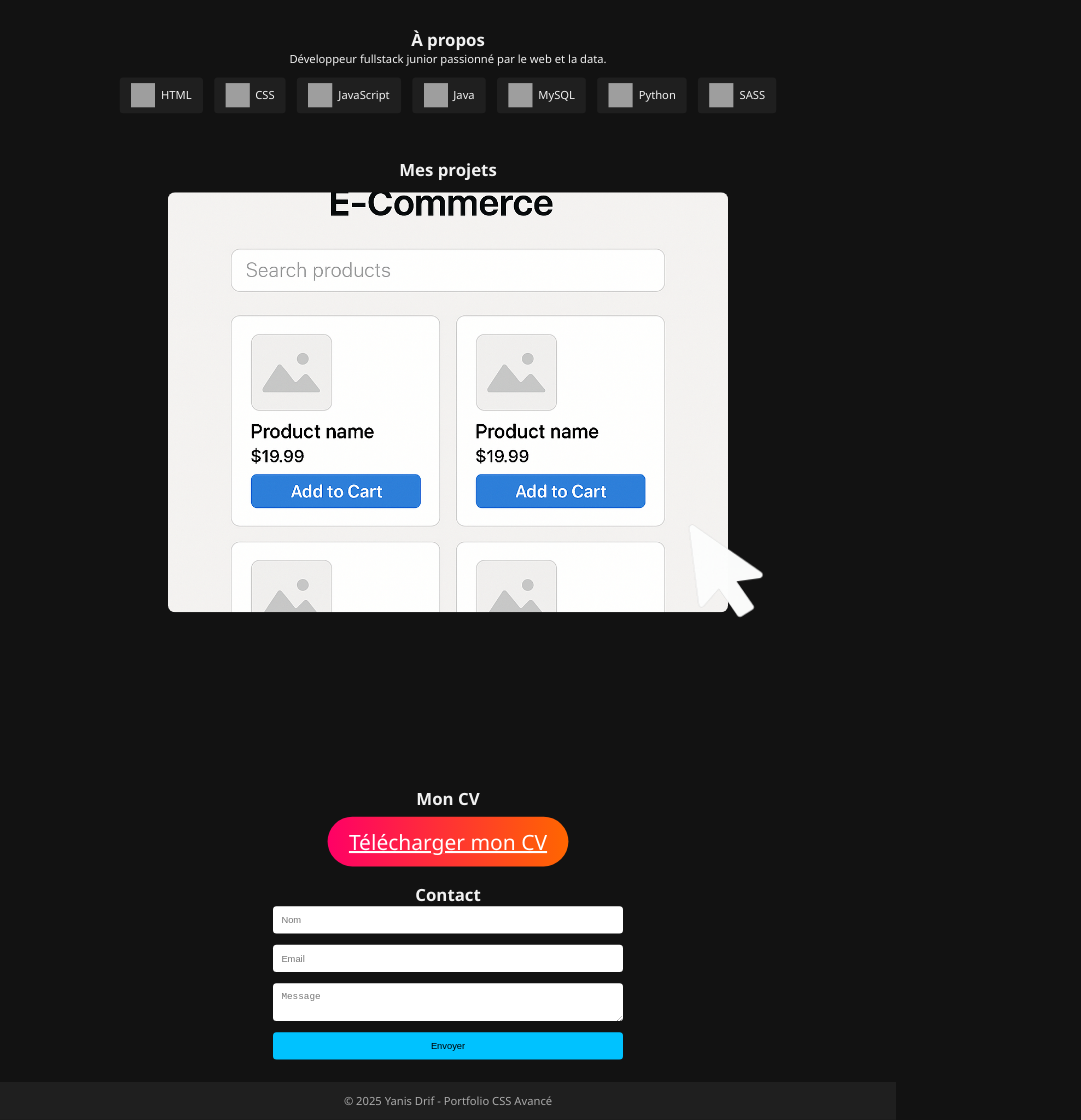
Repository: Yxniiss/ProjetCssAvance
Page: OneDrive/Bureau/Portfolio DrifYanis/home.html
The author's editor kept a copy of each file at every save. The page is drawn from the files as they stood at one save, then again after the next save.
The browser window is 1280 px wide. The page is 1544 px wide, so the pictures cover 1544 px, including what lies to the right of the window. The pictures show the part of the page from y = 824 to 2424 px (the page is 2424 px tall), at 70% of full size.
Pictures or frames that could not be fetched are drawn as grey boxes.

Above is the page before, as saved 2025-04-10 11:38:00.
Console error: TypeError: Cannot set properties of null (setting 'textContent')

### OneDrive/Bureau/Portfolio DrifYanis/home.html
<!DOCTYPE html>
<html lang="fr">
<head>
  <meta charset="UTF-8" />
  <meta name="viewport" content="width=device-width, initial-scale=1.0" />
  <title>Portfolio - Yanis Drif</title>
  <link rel="stylesheet" href="/style.css" />
  <script defer src="/script.js"></script>
</head>
<body>
  <nav class="navbar">
    <div class="logo">Yanis Drif</div>
    <ul class="nav-links">
      <li><a href="#apropos">À propos</a></li>
      <li><a href="#projets">Projets</a></li>
      <li><a href="#cv">CV</a></li>
      <li><a href="#contact">Contact</a></li>
    </ul>
  </nav>

  <header class="hero">
    <img src="/image/IMG_0965 (2).jpeg" alt="Photo de profil" class="hero__image" />
    <div class="hero__content">
      <h1 class="hero__name">Yanis Drif</h1>
      <p class="hero__tagline">Développeur <span>Web</span> & Passionné de Data</p>
      <p class="hero__desc">Musique 🎧 | Jeux Vidéo 🎮 | Basket 🏀</p>
      <a href="#projets" class="btn">Voir mes projets</a>
    </div>
  </header>

  <section id="apropos" class="section about">
    <h2>À propos</h2>
    <p>Développeur fullstack junior passionné par le web et la data.</p>
    <div class="skills">
      <div class="skill"><img src="https://devicon-website.vercel.app/api/html5/original-wordmark.svg" alt="HTML">HTML</div>
      <div class="skill"><img src="https://devicon-website.vercel.app/api/css3/original-wordmark.svg" alt="CSS">CSS</div>
      <div class="skill"><img src="https://devicon-website.vercel.app/api/javascript/original.svg" alt="JavaScript">JavaScript</div>
      <div class="skill"><img src="https://devicon-website.vercel.app/api/java/original-wordmark.svg" alt="Java">Java</div>
      <div class="skill"><img src="https://devicon-website.vercel.app/api/mysql/plain-wordmark.svg" alt="MySQL">MySQL</div>
      <div class="skill"><img src="https://devicon-website.vercel.app/api/python/original-wordmark.svg" alt="Python">Python</div>
      <div class="skill"><img src="https://devicon-website.vercel.app/api/sass/original.svg" alt="SASS">SASS</div>
    </div>
  </section>

  <section id="projets" class="section projets">
    <h2>Mes projets</h2>
    <div class="projects carousel">
      <img src="image/ChatGPT Image 10 avr. 2025, 11_03_09.png" alt="Projet 1"/>
      <img src="/image/ChatGPT Image 10 avr. 2025, 11_09_31.png" alt="Projet 2" />
      <img src="/image/ChatGPT Image 10 avr. 2025, 11_11_38.png" alt="Projet 3" />
    </div>
    <div class="cursor2">
      <img src="/image/fecd8f8b-00be-49a2-b5b1-3fb5a8c2059e.png">
    </div>
  </section>

  <section id="cv" class="section cv">
    <h2>Mon CV</h2>
    <a href="/doc/CV Yanis (1) (1).pdf" download class="btn2">Télécharger mon CV</a>
  </section>

  <section id="contact" class="section contact">
    <h2>Contact</h2>
    <form class="contact-form">
      <input type="text" placeholder="Nom" required />
      <input type="email" placeholder="Email" required />
      <textarea placeholder="Message" required></textarea>
      <button type="submit">Envoyer</button>
    </form>
  </section>

  <footer>
    <p>&copy; 2025 Yanis Drif - Portfolio CSS Avancé</p>
  </footer>
</body>
</html>

### OneDrive/Bureau/Portfolio DrifYanis/style.css
* {
    margin: 0;
    padding: 0;
    box-sizing: border-box;
  }

  body {
    font-family: "Segoe UI", sans-serif;
    background-color: #121212;
    color: #f1f1f1;
  }


  .navbar {
    display: flex;
    justify-content: space-between;
    padding: 1rem 2rem;
    background-color: #1f1f1f;
  }

  .nav-links {
    display: flex;
    list-style: none;
    gap: 1.5rem;
  }

  .nav-links a {
    color: #00c2ff;
    text-decoration: none;
  }

  .hero {
    padding: 3rem 1rem;
    text-align: center;

  }

  .hero__name{
    position: relative;
    left: 280px;
    bottom:500px;

  }

  .hero__tagline{
    position: relative;
    left:280px;
    bottom:490px;
  }

  .hero__desc{
    position: relative;
    left:280px;
    bottom:490px;}

  .hero__image {
    border-radius: 25%;
    width: 400px;
    border: 1px solid #ffffff;
    margin-bottom: 1rem;
    position: relative;
    right:500px ;
  }

  .section {
    padding: 2rem 1rem;
    text-align: center;
  }

  .projects {
    display: flex;
    justify-content: center;
    gap: 1rem;
    flex-wrap: wrap;
    margin-top: 1rem;
  }

  .projects img {
    width: 800px;
    height: 600px;
    -o-object-fit: cover;
       object-fit: cover;
    border-radius: 10px;
  }

  .cursor2 img{
    width: 180px;
    position:relative;
    bottom:150px;
    left:400px;

  }

  .skills {
    display: flex;
    flex-wrap: wrap;
    gap: 1rem;
    justify-content: center;
    margin-top: 1rem;
  }

  .skill {
    display: flex;
    align-items: center;
    gap: 0.5rem;
    background-color: #1f1f1f;
    padding: 0.5rem 1rem;
    border-radius: 5px;
    transition: 0.3s ease, opacity 0.3s ease;
  }

  .skill:hover{
    transform: scale(1.2);
    opacity: 0.8;
  }

  .skill img {
    width: 35px;
    height: 35px;
  }

  footer {
    padding: 1rem;
    text-align: center;
    background-color: #1f1f1f;
    color: #aaa;
  }

  .btn {
    padding: 15px 30px;
    font-size: 30px;
    position: relative;
    left: 300px;
    bottom:150px;
    color:white;
    background: linear-gradient(90deg, #ff0066, #ff6600);
    border:none;
    border-radius: 50px;
    cursor: pointer;
    box-shadow: 0 4px 15px rgba(255,0,102,0);
    transition: box-shadow 0.3s ease, transform 0.3s ease;
  }

  .btn:hover{
    box-shadow: 0 10px 20px rgba(255,0,102,0.5);
    transform: translateY(-3px);
  }

  .btn2 {
    padding: 15px 30px;
    font-size: 30px;
    position: relative;
    left: 0px;
    top:25px;
    color:white;
    background: linear-gradient(90deg, #ff0066, #ff6600);
    border:none;
    border-radius: 50px;
    cursor: pointer;
    box-shadow: 0 4px 15px rgba(255,0,102,0);
    transition: box-shadow 0.3s ease, transform 0.3s ease;
  }

  .btn2:hover{
    box-shadow: 0 10px 20px rgba(255,0,102,0.5);
    transform: translateY(-3px);
  }


  .contact-form {
    max-width: 500px;
    margin: auto;
    display: flex;
    flex-direction: column;
    gap: 1rem;
  }

  .contact-form input,
  .contact-form textarea {
    padding: 0.75rem;
    border: none;
    border-radius: 5px;
  }

  .contact-form button {
    background-color: #00c2ff;
    color: #000;
    padding: 0.75rem;
    border: none;
    border-radius: 5px;
    cursor: pointer;
  }

  .start h1{
    text-align: left;
    margin-top: 100px;
    font-size: 35px;
    margin-left: 100px;
  }

  .start h2{
    text-align: left;
    margin-top: 1px;
    font-size: 70px;
    margin-left: 100px;
  }

  .start h3{
    text-align: left;
    margin-top: 1px;
    font-size: 35px;
    margin-left: 100px;
  }

  #mot {
    color:#00c2ff;
  }

  #cursor{
    display: inline-block;
    width: 10px;
    background-color:black;
    animation: blink 0.8s step-end infinite;
  }

  @keyframes blink{
    50% {
      opacity: 0;
    }
  }

  @keyframes typing{
    from{
      width: 0;
    }
    to{
      width: 100%;
    }
  }

  #main{
    opacity: 0;
    transform: translateY(0);
    transition: opacity 5s ease, transform 5s ease;
  }

  body.loaded #main{
    opacity: 1;
    transform: translateY(0);
  }


  .start p{
    text-align: left;
    margin-left: 100px;
    margin-top: 20px;
    font-size: 20px;
  }

  .ntwrks {
    position: absolute;
    top: 410px;
    left: 110px;
    display: flex;
    flex-wrap: wrap;
    gap: 1rem;
  }

  .ntwrk {
    display: flex;
    align-items: center;
    gap: 0.5rem;
    background-color: #1f1f1f;
    padding: 1rem 1rem;
    border-radius: 100px;
    transition: 0.3s ease, opacity 0.3s ease;
  }

  .ntwrk:hover{
    transform: scale(1.2);
    opacity: 0.8;
  }

  .ntwrk img {
    width: 30px;
    height: 30px;
  }

  .modern-button{
    background-color:#00c2ff;
    font-size: 16px;
    font-weight: bold;
    border:none;
    padding: 15px 30px;
    border-radius: 25px;
    cursor: pointer;
    outline: none;
    position: relative;
    right:550px;
    top:120px;
    animation:glow 1.5s infinite alternate;
    transition: 0.3s ease, opacity 0.3s ease;
  }

  .modern-button a{
    color:white;
    text-decoration: none;
  }

  .modern-button:hover{
    transform: scale(1.2);
    opacity: 1;
  }

  @keyframes glow{
    0%{
      box-shadow: 0 0 10px 5px rgba(0, 194, 255, 0.6), 0 0 20px 10px rgba(0, 194, 255, 0.4);
    }
    100%{
      box-shadow: 0 0 20px 10px rgba(0, 194, 255, 1), 0 0 30px 15px rgba(0, 194, 255, 0.8);
    }
  }

  .image{
    max-width: 30%;
    position: relative;
    bottom: 350px;
    left: 350px;
  }

### OneDrive/Bureau/Portfolio DrifYanis/script.js

document.addEventListener('DOMContentLoaded', () => {
    // Scroll fluide
    document.querySelectorAll('a[href^="#"]').forEach(anchor => {
      anchor.addEventListener('click', function (e) {
        e.preventDefault();
        const target = document.querySelector(this.getAttribute('href'));
        if (target) {
          target.scrollIntoView({ behavior: 'smooth' });
        }
      });
    });

    // Carrousel automatique
    const images = document.querySelectorAll('.carousel img');
    let currentIndex = 0;

    function showSlide(index) {
      images.forEach((img, i) => {
        img.style.display = i === index ? 'block' : 'none';
      });
    }

    function nextSlide() {
      currentIndex = (currentIndex + 1) % images.length;
      showSlide(currentIndex);
    }

    if (images.length > 0) {
      showSlide(currentIndex);
      setInterval(nextSlide, 3000); // change every 3 seconds
    }
  });

  const mot = ["Etudiant", "Developpeur web", "Pasionné de code","Developpeur fullstack"];
  let index = 0;
  const element = document.getElementById("mot");
  const cursor = document.getElementById("cursor");

  let typingInterval;
  let currentWord = "";
  let currentCharIndex = 0;

  function  commencerTypingAnimation(){
    currentWord=mot[index];
    currentCharIndex = 0;
    element.textContent = '';

    typingInterval = setInterval(() =>{
      element.textContent += currentWord.charAt(currentCharIndex);
      currentCharIndex++;

      if(currentCharIndex === currentWord.length){
        clearInterval(typingInterval);
        setTimeout(changerMot,1000);
      }
    },150);
  }

  function changerMot(){
    element.textContent=mot[index];
    index++;
    if(index===mot.length){
      index=0;
    }
    commencerTypingAnimation();
  }
  commencerTypingAnimation();

  window.addEventListener('load', function () {
    document.body.classList.add('loaded');
  });

After the next save:
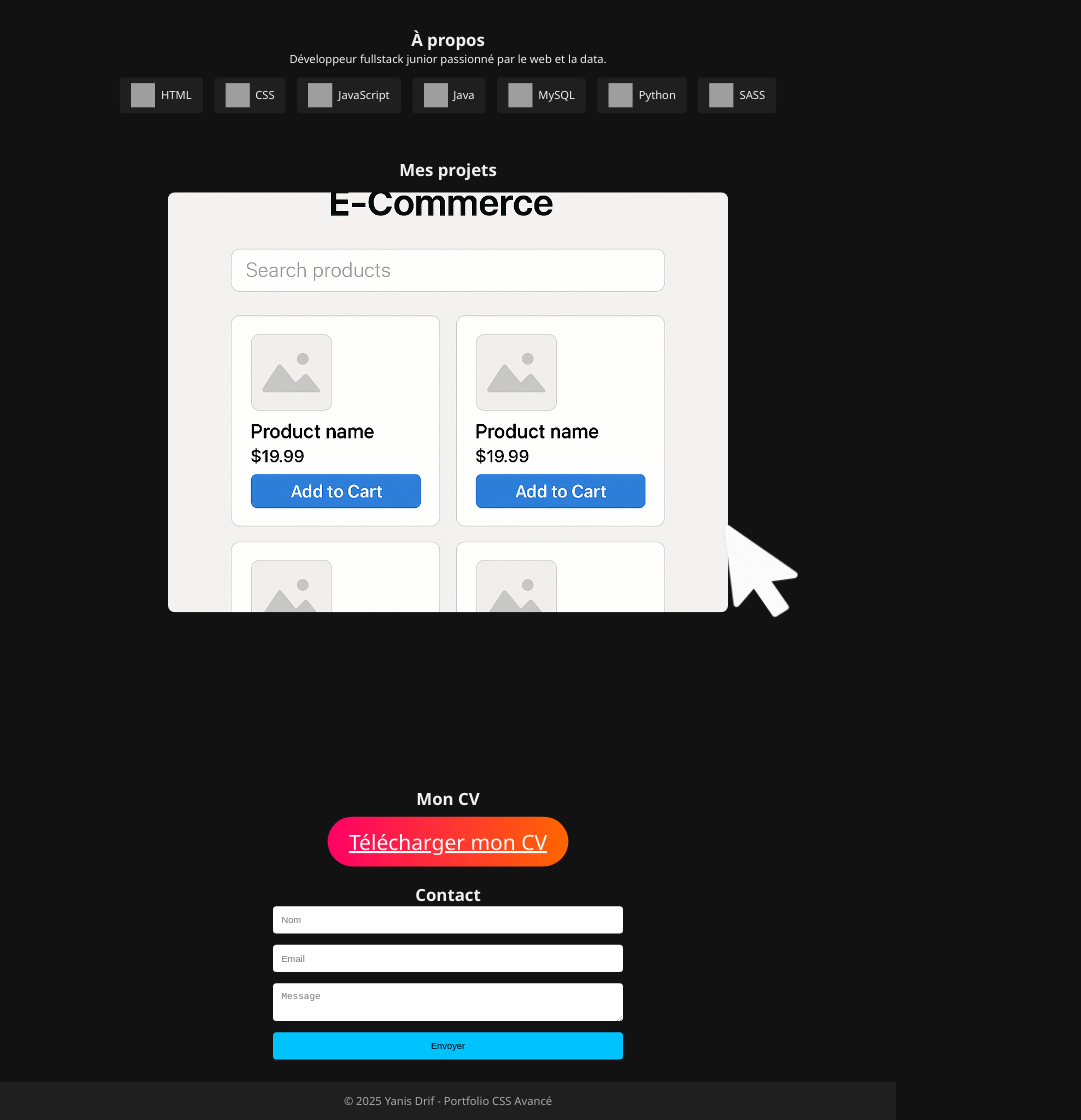
Saved 3 s later.
--- a/OneDrive/Bureau/Portfolio DrifYanis/style.css
+++ b/OneDrive/Bureau/Portfolio DrifYanis/style.css
@@ -87,7 +87,7 @@
     width: 180px;
     position:relative;
     bottom:150px;
-    left:400px;
+    left:450px;
 
   }
 
